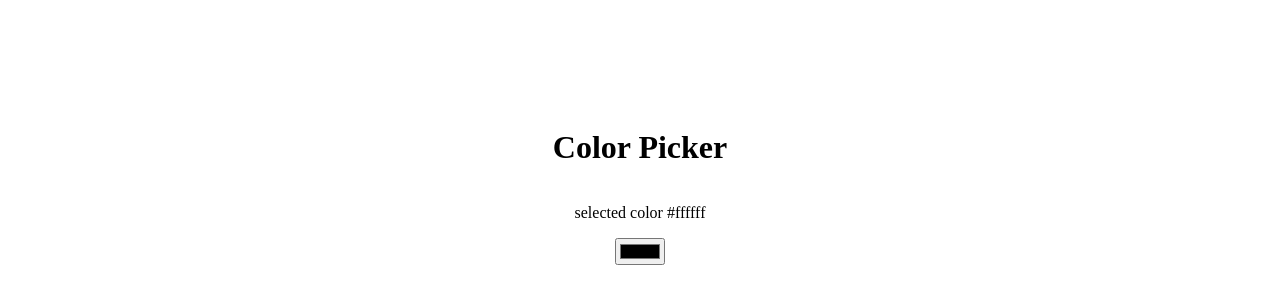
Repository: wakoya-tech/color-picker
Page: /
An editor plug-in stored every save of this project. The page is shown before and after the next save, followed by the edit.
The browser window is 1280 px wide. The pictures show the whole page.
The project was rebuilt for these pictures with package versions that can differ from the ones it lists, and the page was loaded fresh each time. Also part of the build but not shown: vite.config.js, src/index.css.

Above is the page before, as saved 2025-10-16 20:44:23.

After the next save:
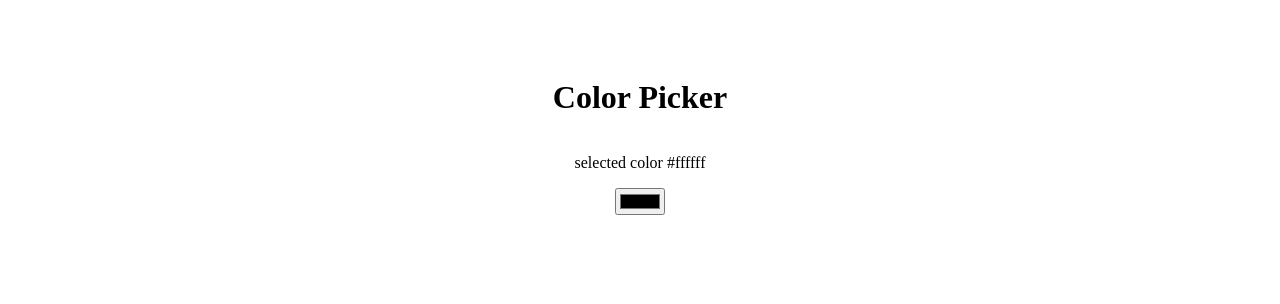
Saved 39 s later.
--- a/src/App.css
+++ b/src/App.css
@@ -5,5 +5,5 @@ body{
   display: flex;
 flex-direction: column;
 align-items: center;
-  padding: 100px;
+  padding: 50px;
 }
